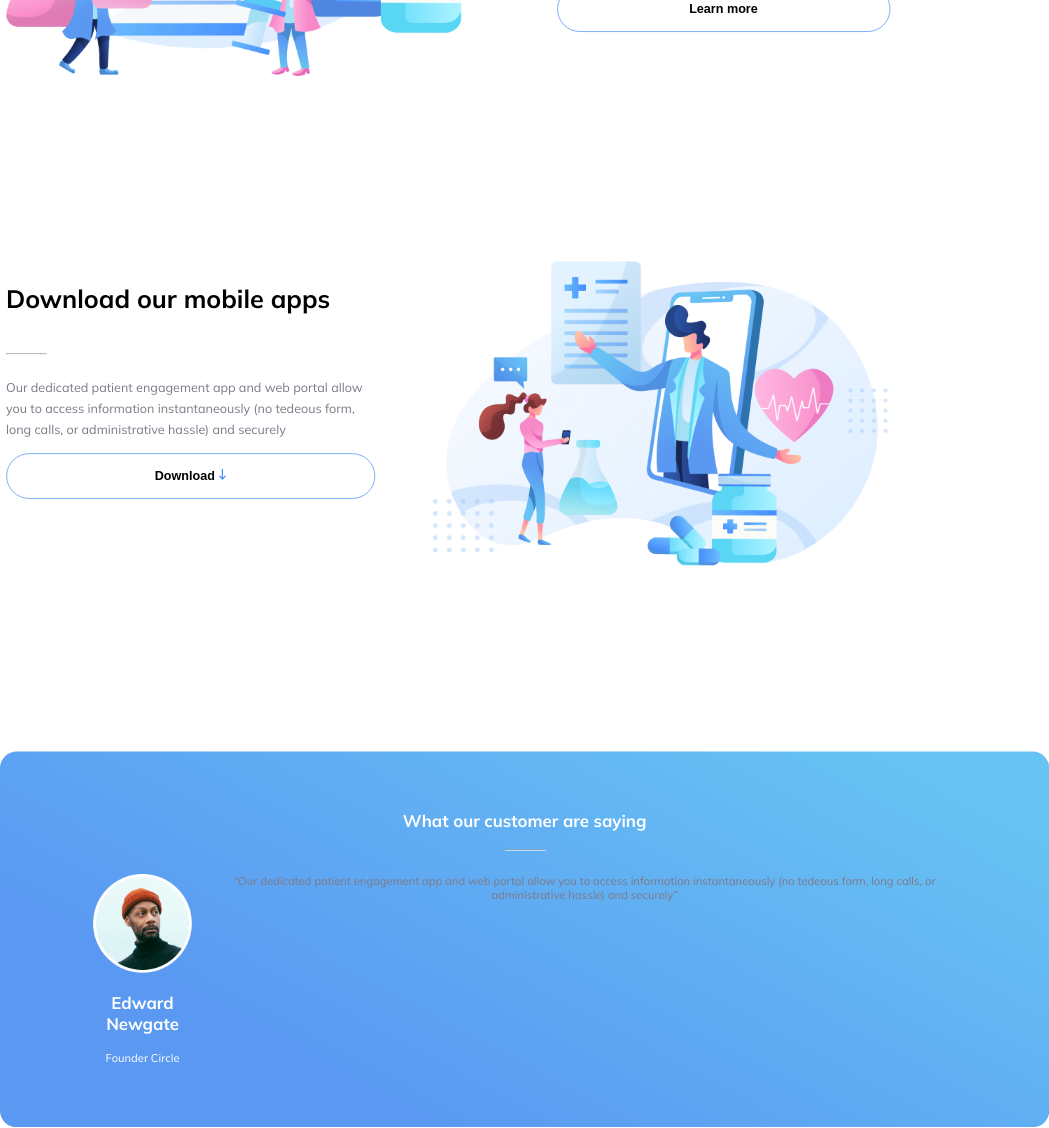
Repository: ivan-developer-01/trafalgar-layout
Page: index.html
An editor plug-in stored every save of this project. The page is shown before and after the next save, followed by the edit.
The browser window is 1280 px wide. The page is 1499 px wide, so the pictures cover 1499 px, including what lies to the right of the window. The pictures show the part of the page from y = 2571 to 4211 px (the page is 4182 px tall before and 4211 px after), at 70% of full size.

Above is the page before, as saved 2024-11-08 15:26:10.

After the next save:
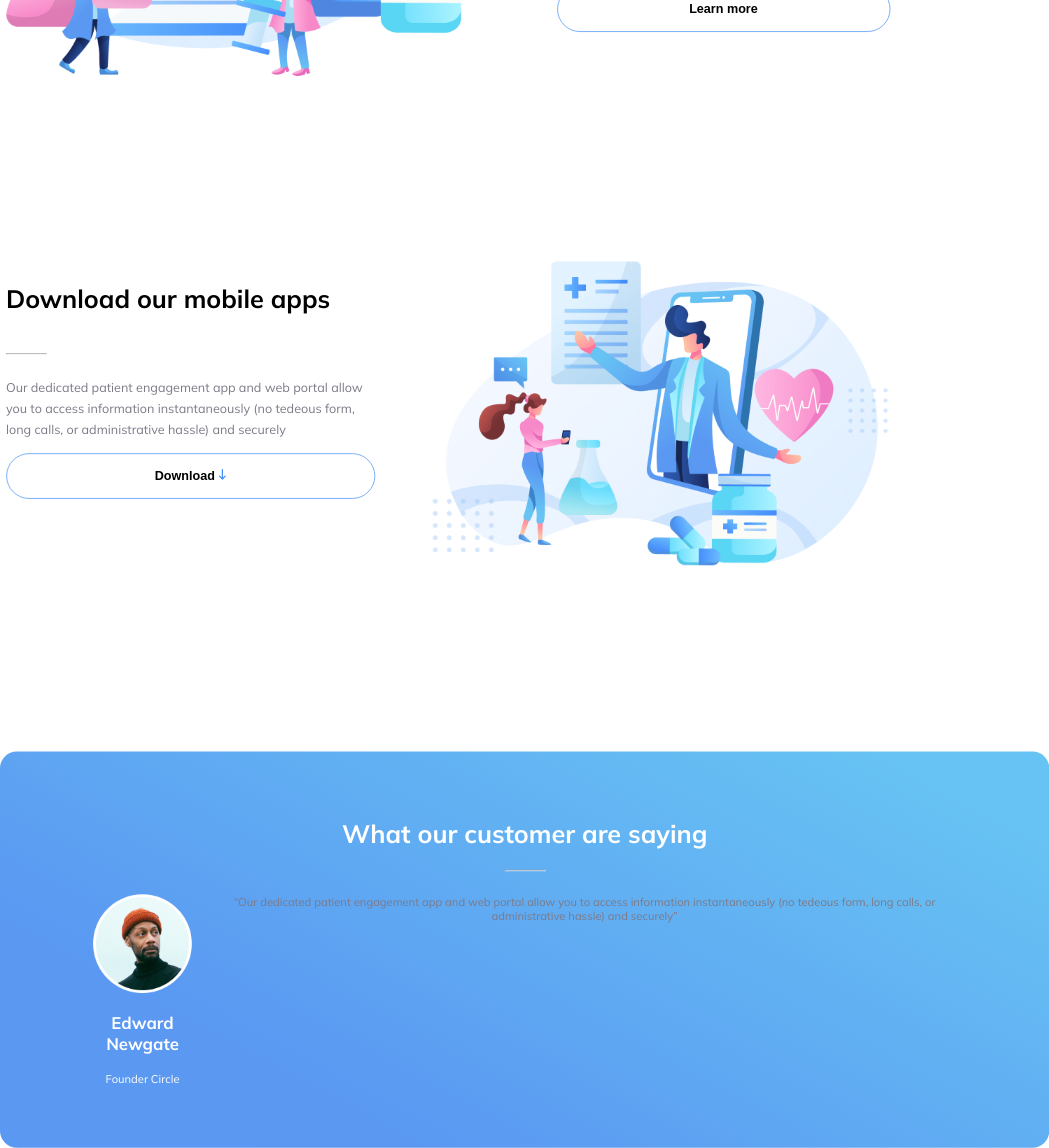
Saved 64 s later.
--- a/style.css
+++ b/style.css
@@ -240,6 +240,10 @@ p {
 	border-radius: 24px;
 }
 
+.reviews h2 {
+	font-size: 36px;
+}
+
 .review-slider .review {
 	display: flex;
 	justify-content: center;
